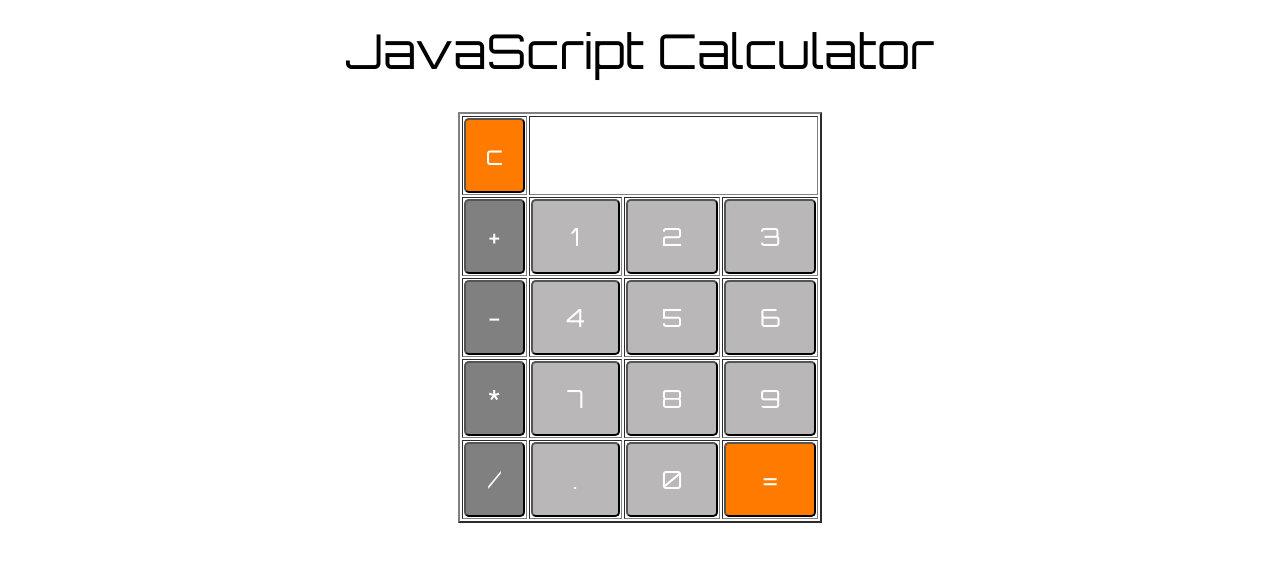
Repository: spidero7/Simple-Calculator
Page: index.html
These files come from the project's save history. The page is drawn as it stood at one moment and after a run of saves; the edit follows.
The browser window is 1280 px wide. The pictures show the whole page.

Above is the page before, as saved 2021-09-16 08:00:40.

After the next 3 saves:
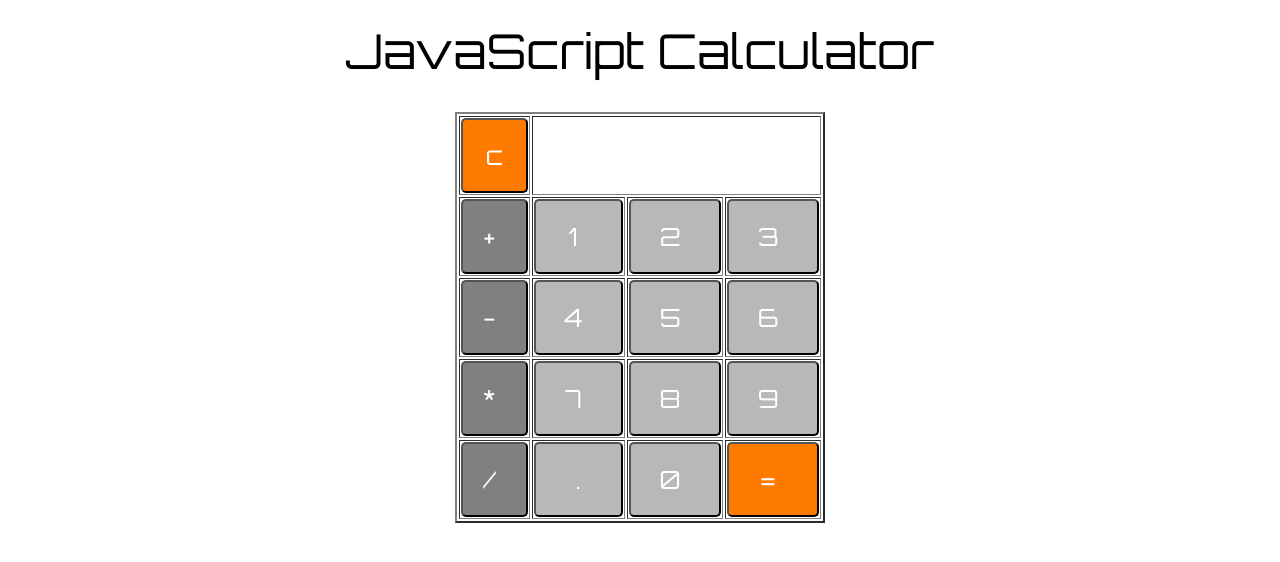
The 3 saves are shown as one change because they came seconds apart.
The last was saved 11 s later.
--- a/style.css
+++ b/style.css
@@ -57,4 +57,6 @@ input[value="c"], .equals {
     background-color: rgb(185, 183, 183);
 }
 
-spac
+.spacing {
+    letter-spacing: 10px;
+}
